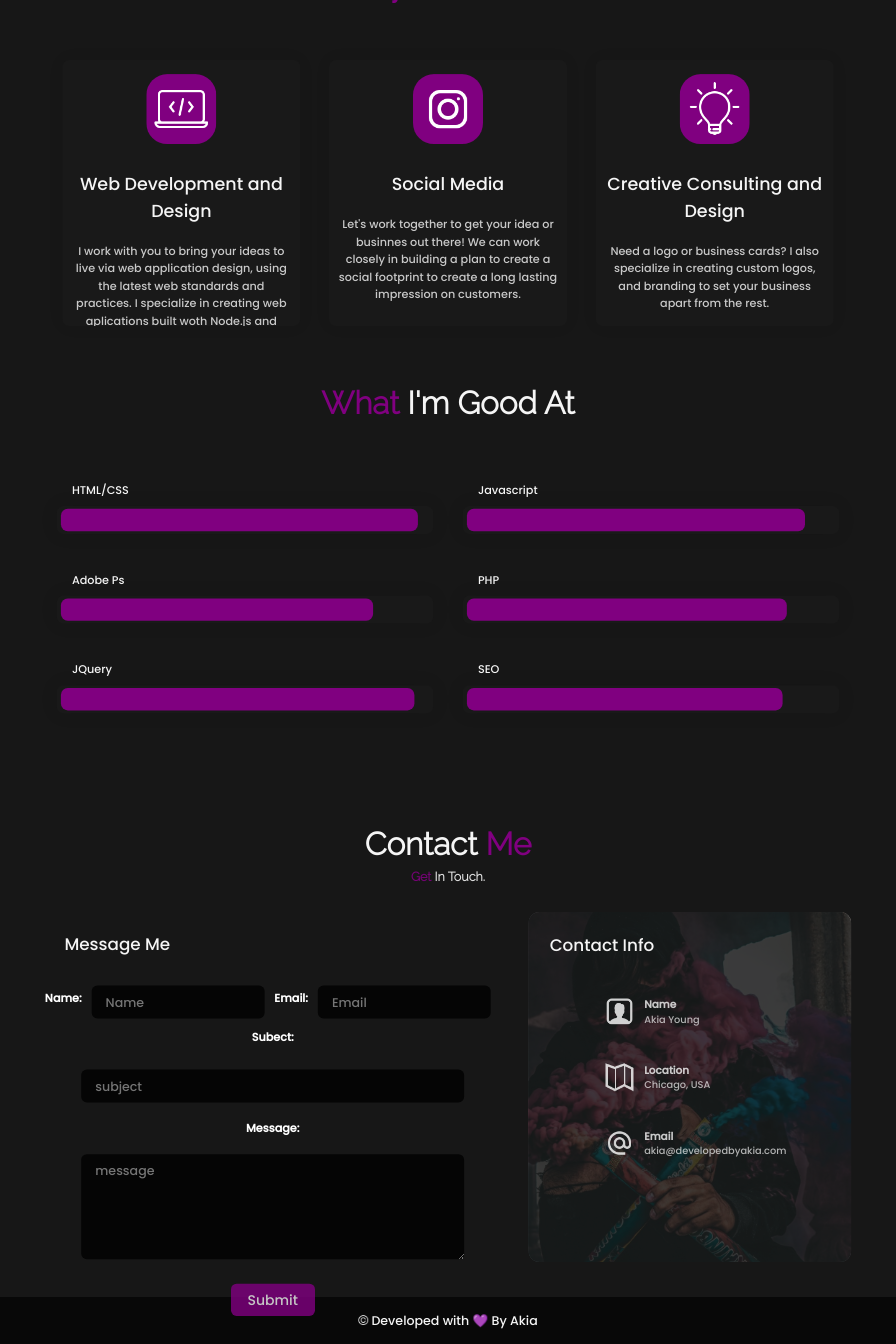
Repository: akiachenise/akiachenise.github.io
Page: index.html
The author's editor kept a copy of each file at every save. The page is drawn from the files as they stood at one save, then again after the next save.
The browser window is 1280 px wide. The pictures show the part of the page from y = 797 to 2717 px (the page is 2717 px tall before and 2707 px after), at 70% of full size.
Some web libraries are served in a nearby version.

Above is the page before, as saved 2023-06-06 11:43:53.

After the next save:
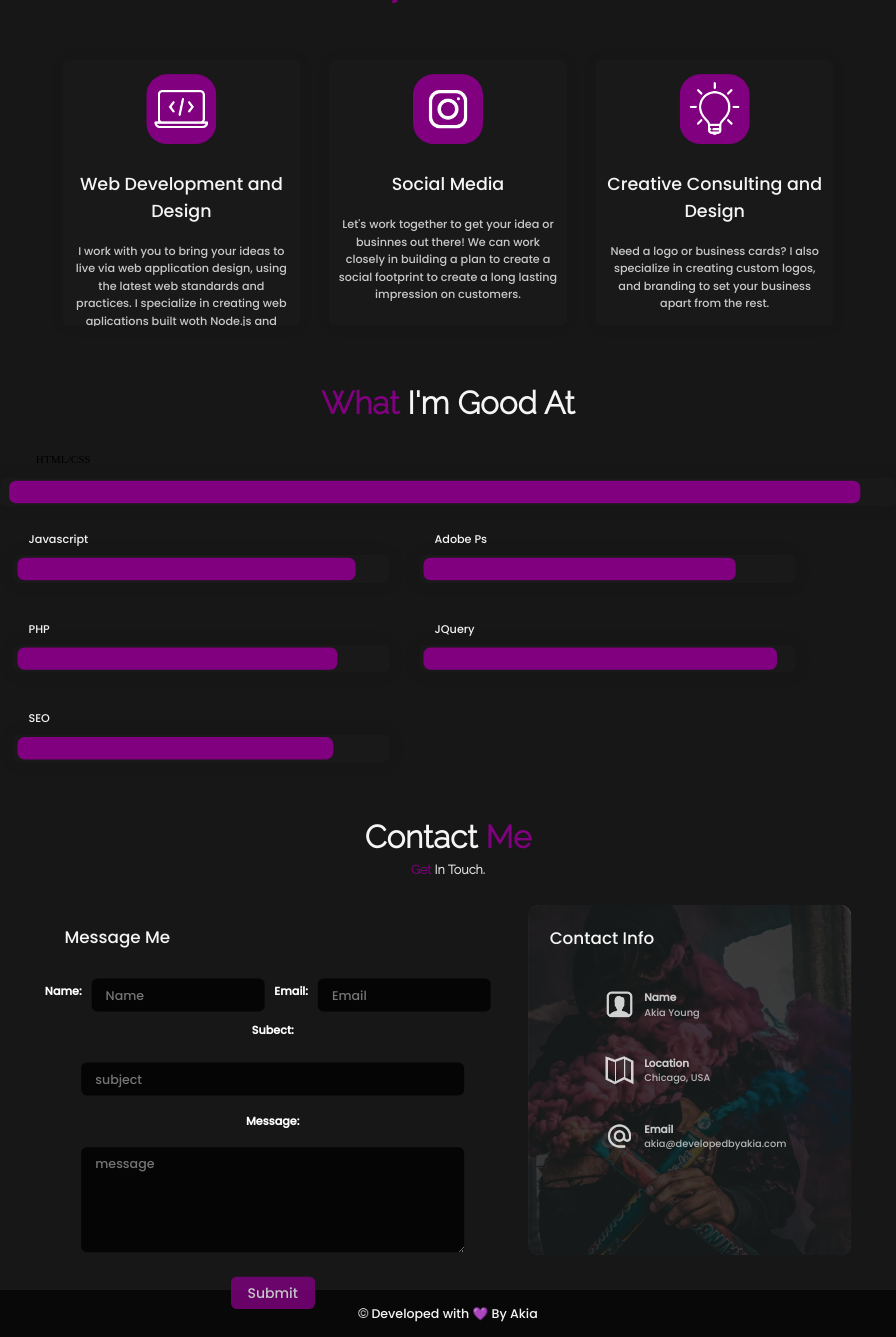
Saved 114 s later.
--- a/index.html
+++ b/index.html
@@ -173,7 +173,7 @@
                 <div class="skills-header">
                     <span class="color"> What  </span> I'm Good At
                 </div>
-                <div class="skills-content " style="text-align: center;">
+                <div class="skills-content>
                     <div class="skill-html skill">
                         <div class="skill-text">
                     <div class="html">
